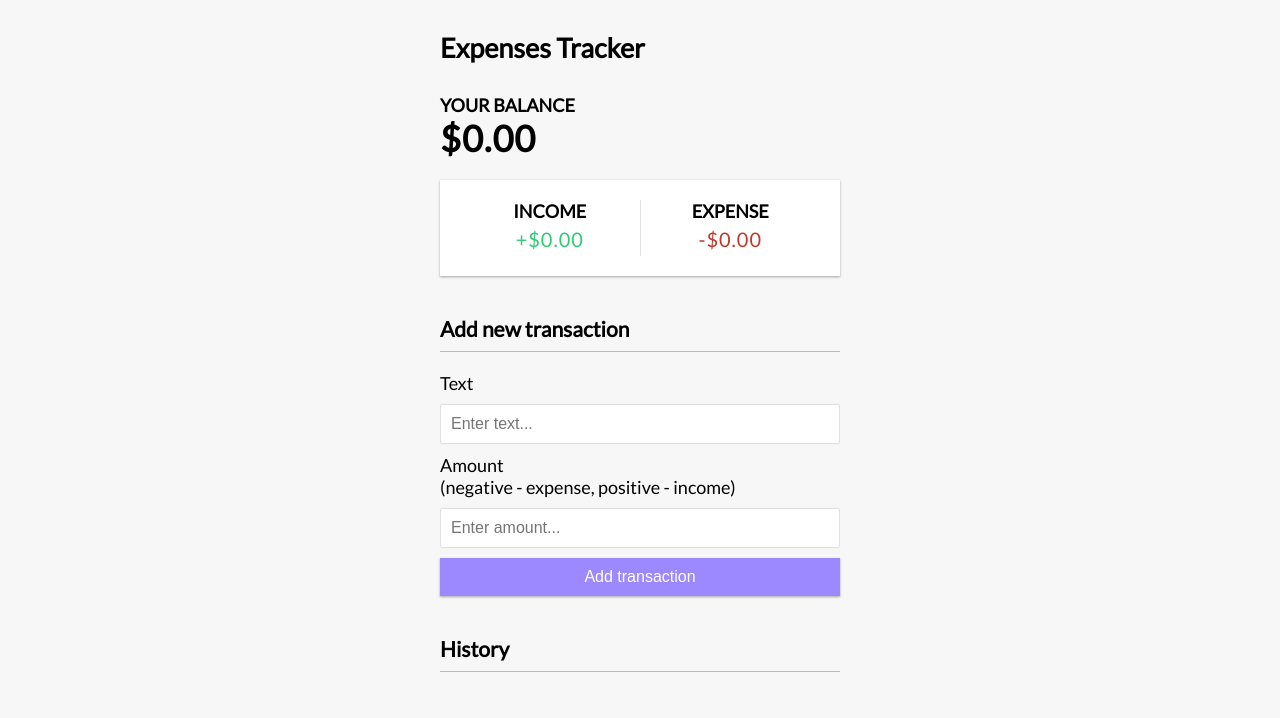
Repository: AyushMahatara/VUE-expense-tracker-app
Page: /
The author's editor kept a copy of each file at every save. The page is drawn from the files as they stood at one save, then again after the next save.
The browser window is 1280 px wide. The pictures show the whole page.
The project was rebuilt for these pictures with package versions that can differ from the ones it lists, and the page was loaded fresh each time. Also part of the build but not shown: vite.config.js.

Above is the page before, as saved 2023-12-29 14:22:50.

After the next save:
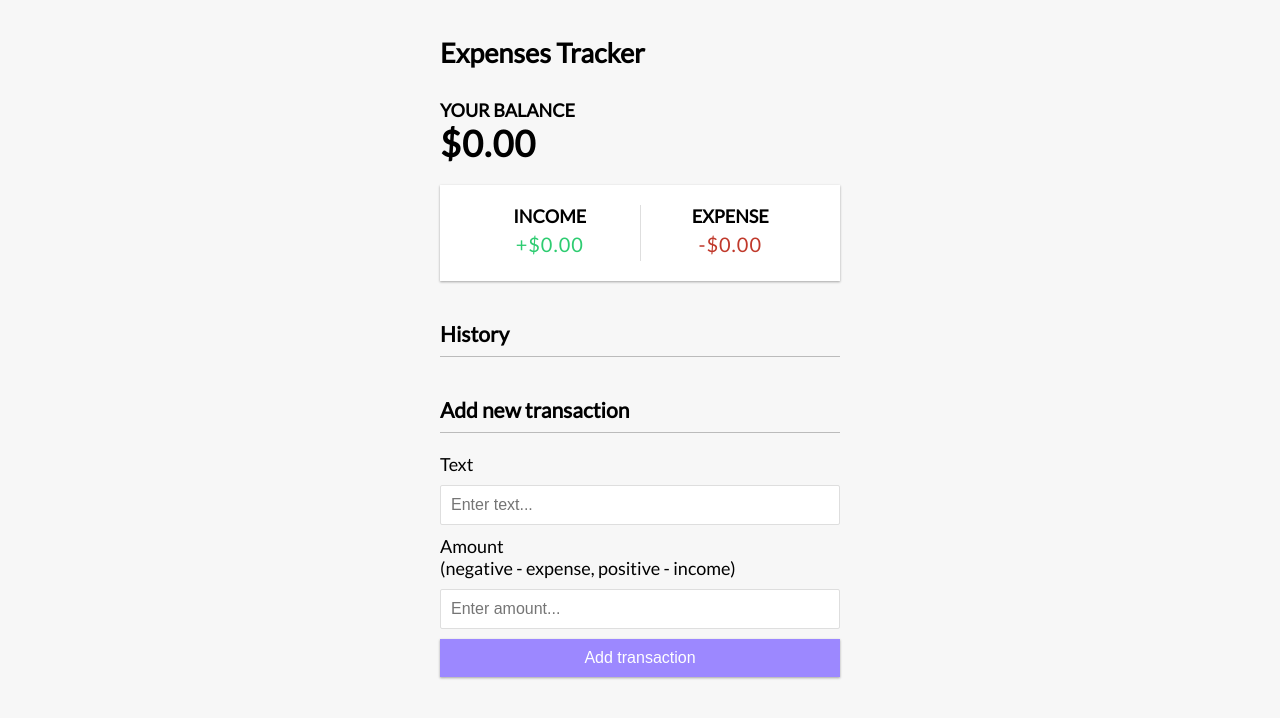
Saved 46 s later.
--- a/src/App.vue
+++ b/src/App.vue
@@ -3,8 +3,8 @@
   <div class="container">
     <Balance />
     <IncomeExpenses />
+    <TransactionList />
     <AddTransaction />
-    <TransactionList />
   </div>
 </template>
 
